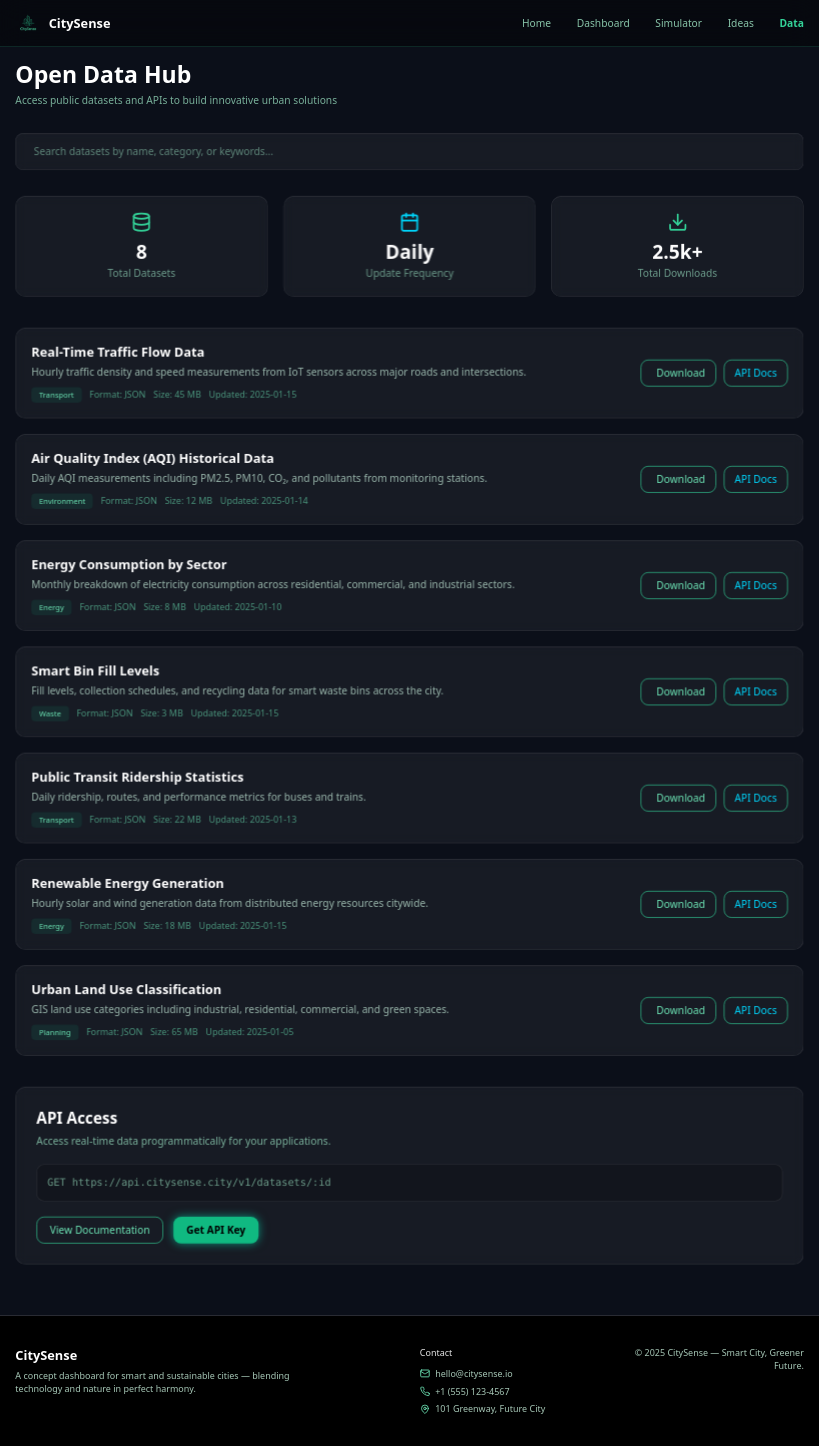
Repository: crashyet/CitySense
Page: /data
These files come from the project's save history. The page is drawn as it stood at one moment and after the next save; the edit follows.
The browser window is 1280 px wide. The pictures show the whole page, at 64% of full size.
The project was rebuilt for these pictures with package versions that can differ from the ones it lists, and the page was loaded fresh each time. Also part of the build but not shown: vite.config.js, src/pages/landing/Hero.jsx, src/pages/landing/DashboardPreview.jsx, src/pages/landing/Infographic.jsx, src/pages/landing/Community.jsx, src/pages/landing/index.jsx, src/components/EnergyPieChart.jsx, src/components/TrafficCongestionChart.jsx and 4 more.

Above is the page before, as saved 2025-11-18 15:48:46.

### src/App.jsx
import { Routes, Route } from "react-router-dom";

import Landing from "./pages/landing";
import Dashboard from "./pages/Dashboardpack";
import Simulator from "./pages/Simulator";
import Ideas from "./pages/Ideas";
import DataPage from "./pages/Data";

export default function App() {
  return (
    <Routes>
      <Route path="/" element={<Landing />} />
      <Route path="/dashboard" element={<Dashboard />} />
      <Route path="/simulator" element={<Simulator />} />
      <Route path="/ideas" element={<Ideas />} />
      <Route path="/data" element={<DataPage />} />
    </Routes>
  );
}

### src/pages/Data/index.jsx
import Navbar from "../../components/Navbar";
import Footer from "../../components/Footer";

export default function DataPage() {
  return (
    <>
      <Navbar />

      {/* FULL PAGE BACKGROUND */}
      <div className="min-h-screen w-full bg-[#0b0f19] pt-24 pb-20">
        <div className="max-w-7xl mx-auto px-6 text-white">
          {/* TITLE */}
          <h1 className="text-4xl font-bold">Open Data Hub</h1>
          <p className="text-emerald-200/70 mt-2">
            Access public datasets and APIs to build innovative urban solutions
          </p>

          {/* SEARCH BAR */}
          <div className="mt-10 bg-white/5 border border-white/10 p-4 rounded-xl backdrop-blur">
            <div className="flex items-center gap-3 text-emerald-300">
              <i className="ri-search-line text-xl"></i>
              <input
                type="text"
                className="bg-transparent w-full text-white placeholder-emerald-200/50 focus:outline-none"
                placeholder="Search datasets by name, category, or keywords..."
              />
            </div>
          </div>

          {/* STATS */}
          <div className="grid md:grid-cols-3 gap-6 mt-10">
            <div className="p-6 bg-white/5 border border-white/10 backdrop-blur rounded-2xl text-center">
              <i className="ri-database-2-line text-4xl text-emerald-400">
              <svg
                xmlns="http://www.w3.org/2000/svg"
                width="24"
                height="24"
                viewBox="0 0 24 24"
                fill="none"
                stroke="currentColor"
                stroke-width="2"
                stroke-linecap="round"
                stroke-linejoin="round"
                class="lucide lucide-database h-8 w-8 text-secondary mx-auto mb-2"
              >
                <ellipse cx="12" cy="5" rx="9" ry="3"></ellipse>
                <path d="M3 5V19A9 3 0 0 0 21 19V5"></path>
                <path d="M3 12A9 3 0 0 0 21 12"></path>
              </svg></i>
              <h3 className="mt-3 text-3xl font-bold">8</h3>
              <p className="text-emerald-200/60 mt-1">Total Datasets</p>
            </div>

            <div className="p-6 bg-white/5 border border-white/10 backdrop-blur rounded-2xl text-center">
              <i className="ri-calendar-check-line text-4xl text-[#00d9ff]">
              <svg
                xmlns="http://www.w3.org/2000/svg"
                width="24"
                height="24"
                viewBox="0 0 24 24"
                fill="none"
                stroke="currentColor"
                stroke-width="2"
                stroke-linecap="round"
                stroke-linejoin="round"
                class="lucide lucide-calendar h-8 w-8 text-accent mx-auto mb-2"
              >
                <path d="M8 2v4"></path>
                <path d="M16 2v4"></path>
                <rect width="18" height="18" x="3" y="4" rx="2"></rect>
                <path d="M3 10h18"></path>
              </svg></i>
              <h3 className="mt-3 text-3xl font-bold">Daily</h3>
              <p className="text-emerald-200/60 mt-1">Update Frequency</p>
            </div>

            <div className="p-6 bg-white/5 border border-white/10 backdrop-blur rounded-2xl text-center">
              <i className="ri-download-cloud-line text-4xl text-emerald-400">
                <svg
                  xmlns="http://www.w3.org/2000/svg"
                  width="24"
                  height="24"
                  viewBox="0 0 24 24"
                  fill="none"
                  stroke="currentColor"
                  stroke-width="2"
                  stroke-linecap="round"
                  stroke-linejoin="round"
                  class="lucide lucide-download h-8 w-8 text-secondary mx-auto mb-2"
                >
                  <path d="M21 15v4a2 2 0 0 1-2 2H5a2 2 0 0 1-2-2v-4"></path>
                  <polyline points="7 10 12 15 17 10"></polyline>
                  <line x1="12" x2="12" y1="15" y2="3"></line>
                </svg>
              </i>
              <h3 className="mt-3 text-3xl font-bold">2.5k+</h3>
              <p className="text-emerald-200/60 mt-1">Total Downloads</p>
            </div>
          </div>

          {/* DATASET LIST */}
          <div className="flex flex-col gap-6 mt-12">
            {[
              {
                title: "Real-Time Traffic Flow Data",
                desc: "Hourly traffic density and speed measurements from IoT sensors across major roads and intersections.",
                tag: "Transport",
                size: "45 MB",
                date: "2025-01-15",
              },
              {
                title: "Air Quality Index (AQI) Historical Data",
                desc: "Daily AQI measurements including PM2.5, PM10, CO₂, and pollutants from monitoring stations.",
                tag: "Environment",
                size: "12 MB",
                date: "2025-01-14",
              },
              {
                title: "Energy Consumption by Sector",
                desc: "Monthly breakdown of electricity consumption across residential, commercial, and industrial sectors.",
                tag: "Energy",
                size: "8 MB",
                date: "2025-01-10",
              },
              {
                title: "Smart Bin Fill Levels",
                desc: "Fill levels, collection schedules, and recycling data for smart waste bins across the city.",
                tag: "Waste",
                size: "3 MB",
                date: "2025-01-15",
              },
              {
                title: "Public Transit Ridership Statistics",
                desc: "Daily ridership, routes, and performance metrics for buses and trains.",
                tag: "Transport",
                size: "22 MB",
                date: "2025-01-13",
              },
              {
                title: "Renewable Energy Generation",
                desc: "Hourly solar and wind generation data from distributed energy resources citywide.",
                tag: "Energy",
                size: "18 MB",
                date: "2025-01-15",
              },
              {
                title: "Urban Land Use Classification",
                desc: "GIS land use categories including industrial, residential, commercial, and green spaces.",
                tag: "Planning",
                size: "65 MB",
                date: "2025-01-05",
              },
            ].map((item, idx) => (
              <div
                key={idx}
                className="p-6 bg-white/5 border border-white/10 rounded-2xl backdrop-blur"
              >
                <div className="flex flex-col md:flex-row md:items-center justify-between gap-5">
                  {/* LEFT */}
                  <div>
                    <h2 className="text-xl font-semibold">{item.title}</h2>
                    <p className="text-emerald-100/70 mt-1">{item.desc}</p>

                    <div className="flex flex-wrap items-center gap-3 mt-3">
                      <span className="px-3 py-1 rounded-md bg-emerald-500/10 text-emerald-300 text-xs">
                        {item.tag}
                      </span>
                      <span className="text-emerald-300/60 text-sm">
                        Format: JSON
                      </span>
                      <span className="text-emerald-300/60 text-sm">
                        Size: {item.size}
                      </span>
                      <span className="text-emerald-300/60 text-sm">
                        Updated: {item.date}
                      </span>
                    </div>
                  </div>

                  {/* RIGHT BUTTONS */}
                  <div className="flex gap-3">
                    <button className="px-4 py-2 rounded-xl border border-emerald-400 text-emerald-300 hover:bg-emerald-400/10 transition flex items-center gap-2">
                      <i className="ri-download-line"></i>
                      Download
                    </button>

                    <button className="px-4 py-2 rounded-xl border border-emerald-400 text-[#00d9ff] hover:bg-emerald-400/10 transition">
                      API Docs
                    </button>
                  </div>
                </div>
              </div>
            ))}
          </div>

          {/* API ACCESS */}
          <div className="p-8 mt-12 bg-white/5 border border-white/10 backdrop-blur rounded-2xl">
            <h2 className="text-2xl font-semibold">API Access</h2>
            <p className="text-emerald-200/70 mt-2">
              Access real-time data programmatically for your applications.
            </p>

            <div className="mt-6 p-4 bg-black/20 border border-white/10 rounded-xl text-emerald-200/60 font-mono">
              GET https://api.citysense.city/v1/datasets/:id
            </div>

            <div className="flex gap-4 mt-6">
              <button className="px-5 py-2 rounded-xl border border-emerald-400 text-emerald-300 hover:bg-emerald-400/10 transition">
                View Documentation
              </button>

              <button className="px-5 py-2 rounded-xl bg-emerald-500 text-black font-semibold shadow-[0_0_15px_#00ffcc80] hover:bg-emerald-400 transition">
                Get API Key
              </button>
            </div>
          </div>
        </div>
      </div>

      <Footer />
    </>
  );
}

### src/components/Navbar.jsx
import { NavLink } from "react-router-dom";
import { useState } from "react";
import Logo from "../assets/logo.png"; // sesuaikan path logo

export default function Navbar() {
  const [open, setOpen] = useState(false);

  const linkClass = ({ isActive }) =>
    isActive
      ? "text-emerald-400 font-semibold"
      : "text-emerald-200/80 hover:text-white";

  return (
    <header className="fixed w-full z-50 bg-black/40 backdrop-blur-xl border-b border-emerald-400/20 px-6 py-4">
      <div className="max-w-7xl mx-auto flex justify-between items-center">

        {/* LOGO */}
        <NavLink to="/" className="flex items-center gap-3">
          <img src={Logo} className="w-10 h-10" />
          <span className="text-xl text-white font-semibold">CitySense</span>
        </NavLink>

        {/* DESKTOP NAV */}
        <nav className="hidden md:flex gap-10">
          <NavLink to="/" className={linkClass}>Home</NavLink>
          <NavLink to="/dashboard" className={linkClass}>Dashboard</NavLink>
          <NavLink to="/simulator" className={linkClass}>Simulator</NavLink>
          <NavLink to="/ideas" className={linkClass}>Ideas</NavLink>
          <NavLink to="/data" className={linkClass}>Data</NavLink>
        </nav>

        {/* MOBILE BUTTON */}
        <button className="md:hidden text-white" onClick={() => setOpen(!open)}>
          {open ? "✖" : "☰"}
        </button>
      </div>

      {/* MOBILE NAV */}
      {open && (
        <div className="md:hidden bg-black/60 backdrop-blur-lg px-6 pb-4 flex flex-col gap-3">
          <NavLink onClick={() => setOpen(false)} to="/" className="text-white">Home</NavLink>
          <NavLink onClick={() => setOpen(false)} to="/dashboard" className="text-white">Dashboard</NavLink>
          <NavLink onClick={() => setOpen(false)} to="/simulator" className="text-white">Simulator</NavLink>
          <NavLink onClick={() => setOpen(false)} to="/ideas" className="text-white">Ideas</NavLink>
          <NavLink onClick={() => setOpen(false)} to="/data" className="text-white">Data</NavLink>
        </div>
      )}
    </header>
  );
}

### src/components/Footer.jsx
import React from "react";

const Footer = () => {
  return (
    <footer id="contact" className="relative w-full bg-black text-white">
      <div className="mx-auto max-w-7xl px-6 py-12">

        <div className="grid grid-cols-1 gap-8 md:grid-cols-4">

          {/* Brand */}
          <div className="col-span-2">
            <h4 className="text-xl font-semibold">CitySense</h4>
            <p className="mt-2 max-w-md text-sm text-emerald-100/80">
              A concept dashboard for smart and sustainable cities — blending
              technology and nature in perfect harmony.
            </p>
          </div>

          {/* Contact */}
          <div>
            <p className="text-sm font-medium text-white/90">Contact</p>
            <ul className="mt-3 space-y-2 text-sm text-emerald-100/80">

              <li className="flex items-center gap-2">
                <svg xmlns="http://www.w3.org/2000/svg" width="24" height="24"
                  viewBox="0 0 24 24" fill="none" stroke="currentColor"
                  strokeWidth="2" strokeLinecap="round" strokeLinejoin="round"
                  className="lucide lucide-mail h-4 w-4 text-emerald-300">
                  <rect width="20" height="16" x="2" y="4" rx="2"></rect>
                  <path d="m22 7-8.97 5.7a1.94 1.94 0 0 1-2.06
                    0L2 7"></path>
                </svg>
                hello@citysense.io
              </li>

              <li className="flex items-center gap-2">
                <svg xmlns="http://www.w3.org/2000/svg" width="24" height="24"
                  viewBox="0 0 24 24" fill="none" stroke="currentColor"
                  strokeWidth="2" strokeLinecap="round" strokeLinejoin="round"
                  className="lucide lucide-phone h-4 w-4 text-emerald-300">
                  <path d="M22 16.92v3a2 2 0 0 1-2.18
                    2 19.79 19.79 0 0 1-8.63-3.07 19.5
                    19.5 0 0 1-6-6 19.79 19.79 0 0
                    1-3.07-8.67A2 2 0 0 1 4.11 2h3a2
                    2 0 0 1 2 1.72 12.84 12.84 0 0
                    0 .7 2.81 2 2 0 0 1-.45
                    2.11L8.09 9.91a16 16 0 0 0 6
                    6l1.27-1.27a2 2 0 0 1 2.11-.45
                    12.84 12.84 0 0 0 2.81.7A2
                    2 0 0 1 22 16.92z"></path>
                </svg>
                +1 (555) 123-4567
              </li>

              <li className="flex items-center gap-2">
                <svg xmlns="http://www.w3.org/2000/svg" width="24" height="24"
                  viewBox="0 0 24 24" fill="none" stroke="currentColor"
                  strokeWidth="2" strokeLinecap="round" strokeLinejoin="round"
                  className="lucide lucide-map-pin h-4 w-4 text-emerald-300">
                  <path d="M20 10c0 6-8 12-8
                    12s-8-6-8-12a8 8 0 0 1
                    16 0Z"></path>
                  <circle cx="12" cy="10" r="3"></circle>
                </svg>
                101 Greenway, Future City
              </li>

            </ul>
          </div>

          {/* Copyright */}
          <div className="md:text-right">
            <p className="text-sm text-emerald-100/80">
              © 2025 CitySense — Smart City, Greener Future.
            </p>
          </div>

        </div>
      </div>
    </footer>
  );
};

export default Footer;

Loaded but not shown: index.html (common file); src/main.jsx (common file); src/index.css (common file); tailwind.config.js (common file)

After the next save:
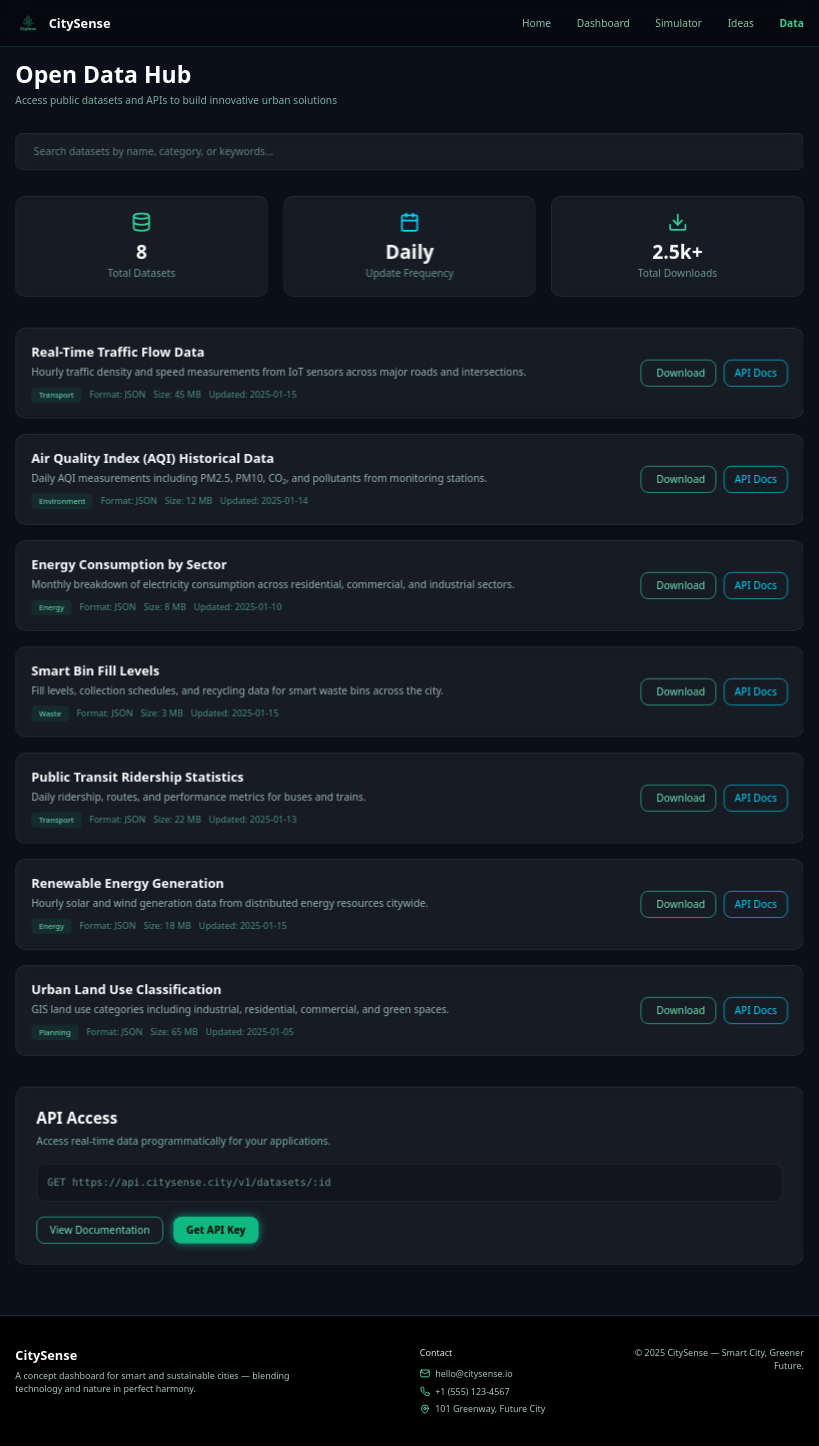
Saved 9 s later.
--- a/src/pages/Data/index.jsx
+++ b/src/pages/Data/index.jsx
@@ -184,7 +184,7 @@ export default function DataPage() {
                       Download
                     </button>
 
-                    <button className="px-4 py-2 rounded-xl border border-emerald-400 text-[#00d9ff] hover:bg-emerald-400/10 transition">
+                    <button className="px-4 py-2 rounded-xl border border-[#00d9ff] text-[#00d9ff] hover:bg-emerald-400/10 transition">
                       API Docs
                     </button>
                   </div>
